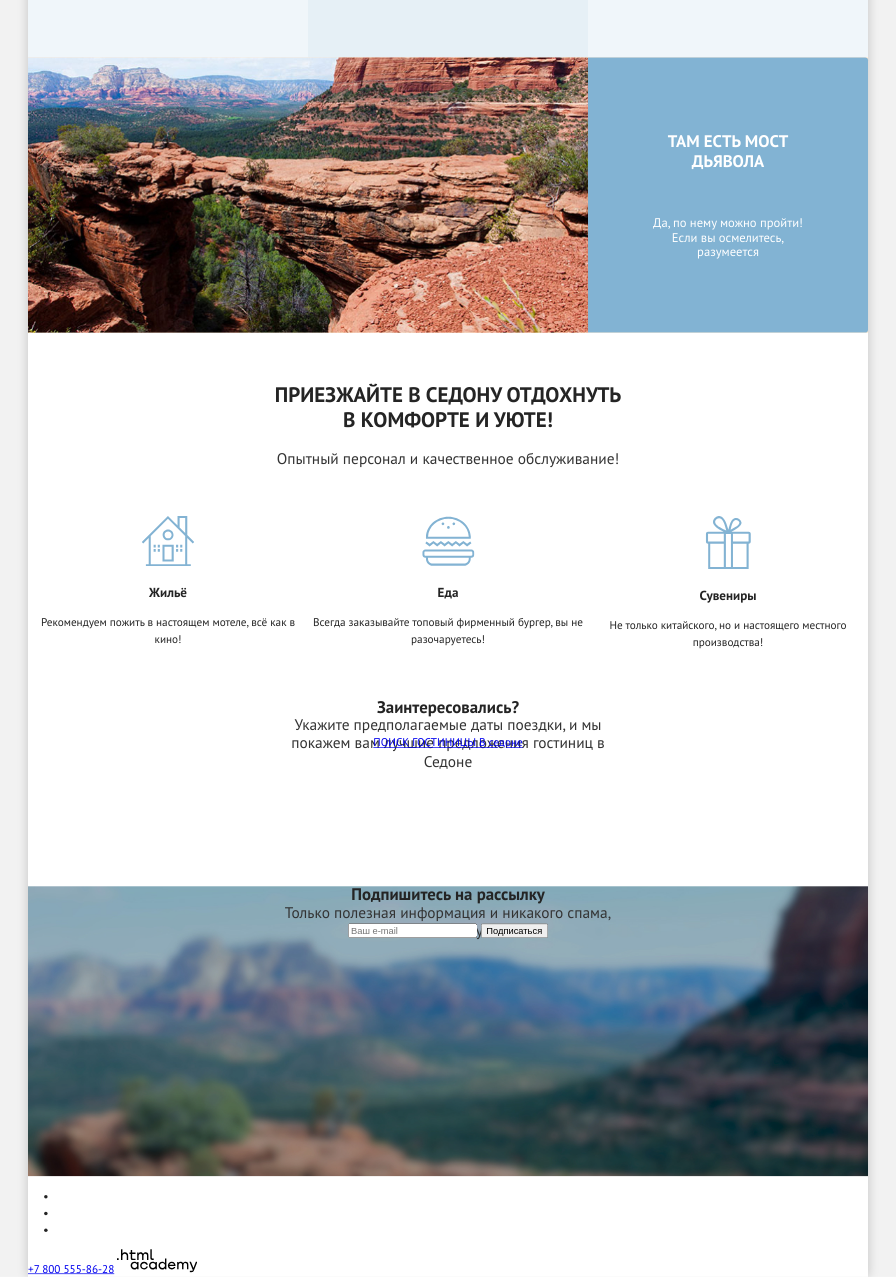
Repository: zakhgagne/2512253-sedona-1
Page: index.html
An editor plug-in stored every save of this project. The page is shown before and after the next save, followed by the edit.
The browser window is 1280 px wide. The pictures show the part of the page from y = 1513 to 3433 px (the page is 3337 px tall before and 3433 px after), at 70% of full size.

Above is the page before, as saved 2024-05-11 16:24:39.

After the next save:
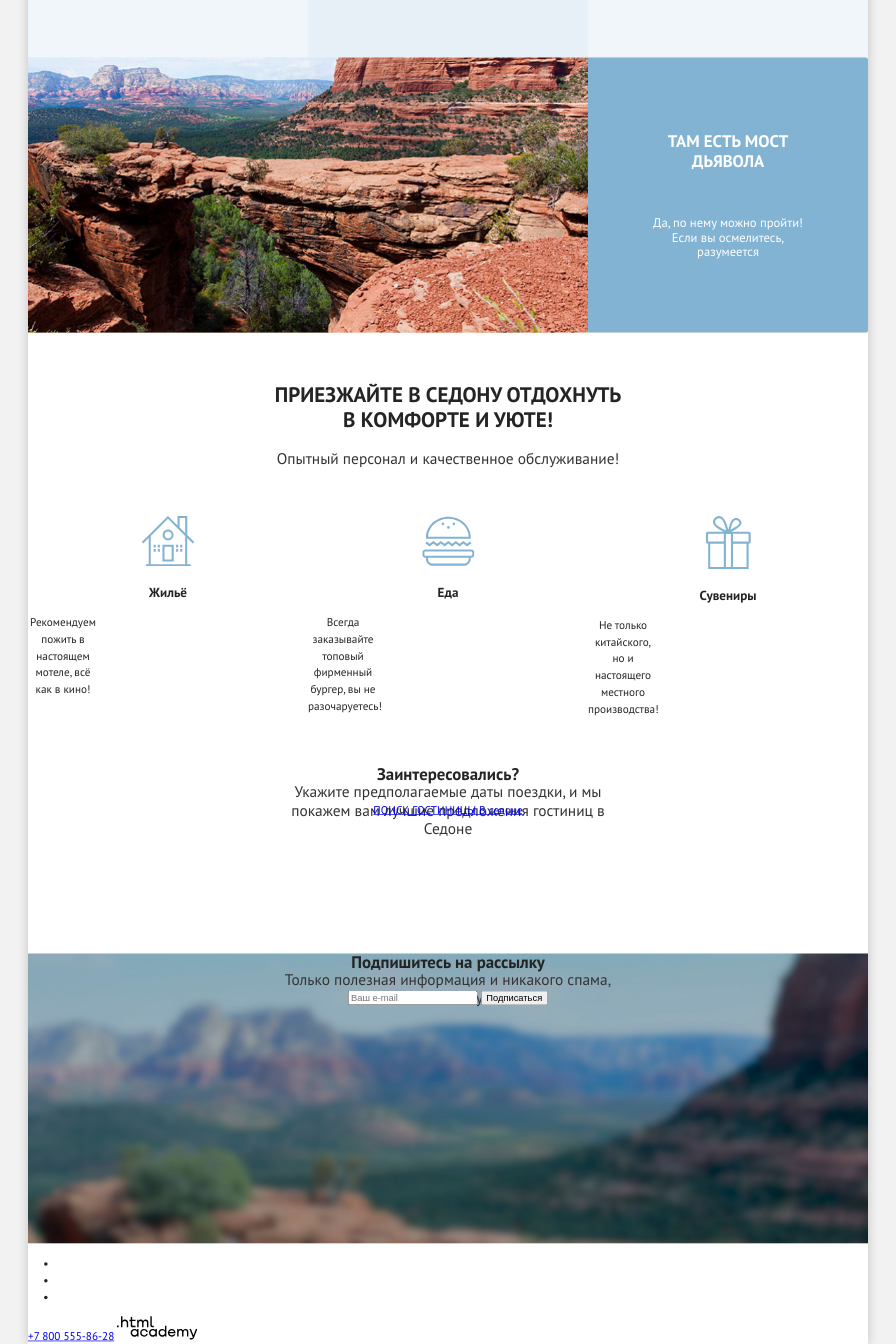
Saved 60 s later.
--- a/styles/styles.css
+++ b/styles/styles.css
@@ -264,3 +264,6 @@ body {
   text-align: center;
     padding-top: 70px;
 }
+.comfort-text {
+width: 100px;
+}
